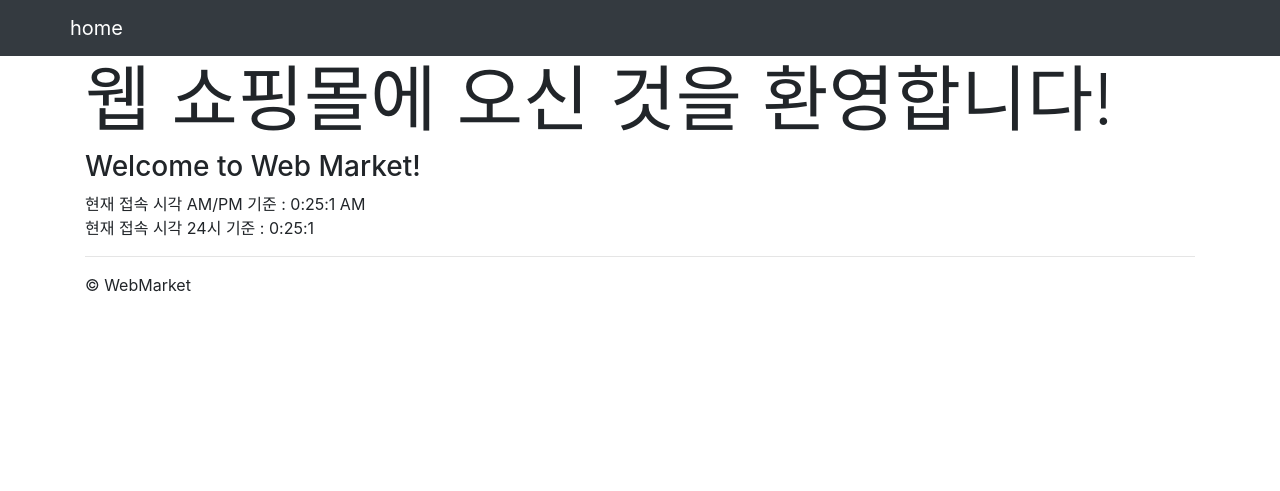
Repository: realseungju/JSP
Page: http://localhost/WebMarket/web_front_page.jsp
An editor plug-in stored every save of this project. The page is shown before and after the next save, followed by the edit.
The browser window is 1280 px wide. The pictures show the whole page.
The page is served by Tomcat 9.

Above is the page before, as saved 2021-11-22 02:51:50.

### JSP_Work/WebMarket/WebContent/web_front_page.jsp
<%@ page language="java" contentType="text/html; charset=utf-8" pageEncoding="utf-8"%>
<%@ page import = "java.util.Date"%>
<html>
<head>
<link rel="stylesheet" href="https://maxcdn.bootstrapcdn.com/bootstrap/4.0.0/css/bootstrap.min.css">
<title>Welcome</title>
</head>
<body>
	<nav class="navbar navbar-expand navbar-dark bg-dark">
		<div class="container">
			<div class="navbar-header">
				<a class="navbar-brand" href="./welcome.jsp"> home </a>
			</div>
		</div>
	</nav>

	<%!
		String greeting = "웹 쇼핑몰에 오신 것을 환영합니다!";
		String tagline = "Welcome to Web Market!";
	 %>

	 <div class="jumbotoron">
	 	<div class="container">
	 		<h1 class="display-3">
	 			<%=greeting%>
	 		</h1>
	 	</div>
	 </div>

	 <main role="main">
	 	<div class="container">
	 		<div class="text-left">
	 			<h3>
	 				<%=tagline%>
	 			</h3>

	 			<%
	 				Date day = new java.util.Date();
	 				String am_pm;
	 				int hour = day.getHours();
	 				int hour2 = day.getHours();
	 				int min = day.getMinutes();
	 				int sec = day.getSeconds();
	 				if (hour / 12 == 0)
	 				{
	 					am_pm = "AM";
	 				}
	 				else
	 				{
	 					am_pm = "PM";
	 					hour = hour - 12;
	 				}
	 				String CT = hour + ":" + min + ":" + sec + " " + am_pm;

	 				out.println("현재 접속 시각 AM/PM 기준 : " + CT + "<br>");

	 				String CT2 = hour2 + ":" + min + ":" + sec + " ";

	 				out.println("현재 접속 시각 24시 기준 : " + CT2 + "<br>");

	 			%>
	 		</div>
	 		<hr>
	 	</div>
	 </main>
	 <footer class="container">
	 	<p>&copy; WebMarket</p>
	 </footer>
</body>
</html>

After the next save:
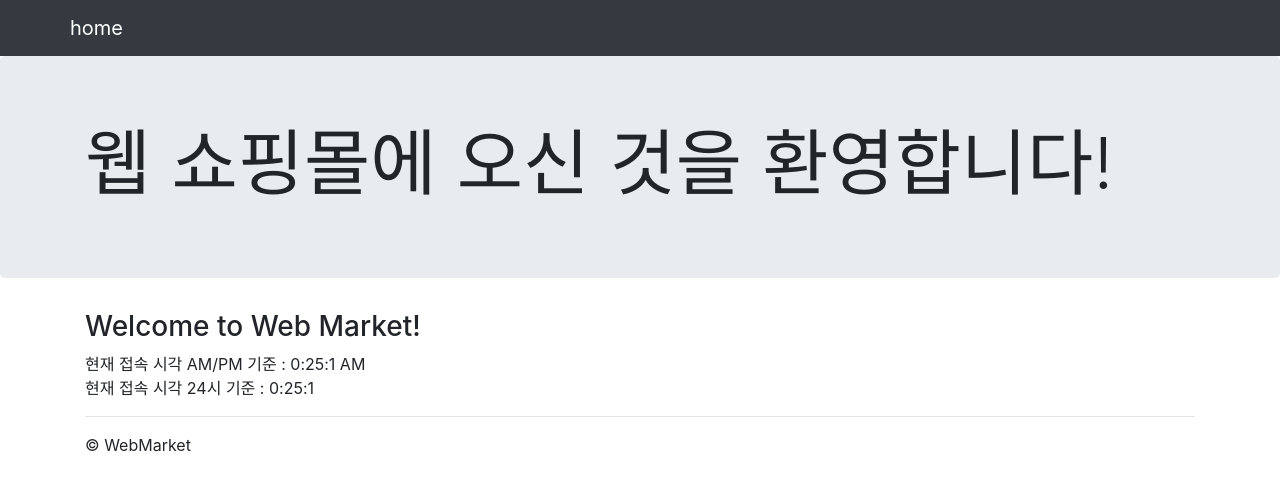
Saved 88 s later.
--- a/JSP_Work/WebMarket/WebContent/web_front_page.jsp
+++ b/JSP_Work/WebMarket/WebContent/web_front_page.jsp
@@ -19,7 +19,7 @@
 		String tagline = "Welcome to Web Market!";
 	 %>
 
-	 <div class="jumbotoron">
+	 <div class="jumbotron">
 	 	<div class="container">
 	 		<h1 class="display-3">
 	 			<%=greeting%>
